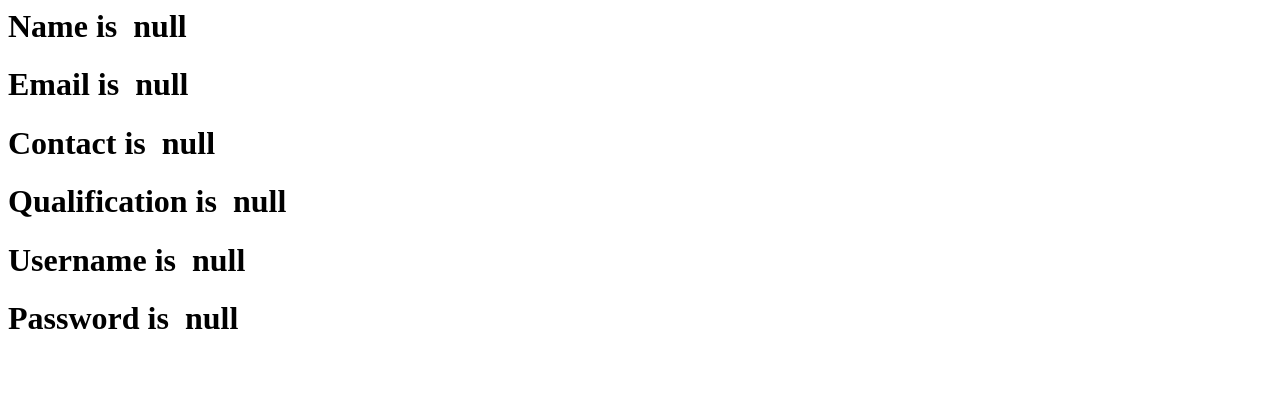
Repository: vaibhaokamble/MY_INSTITUTE_PUNE
Page: http://localhost/RegistrationApplication/reg
An editor plug-in stored every save of this project. The page is shown before and after the next save, followed by the edit.
The browser window is 1280 px wide. The pictures show the whole page.
The page is served by Tomcat 9.

Above is the page before, as saved 2022-10-18 04:56:35.

After the next save:
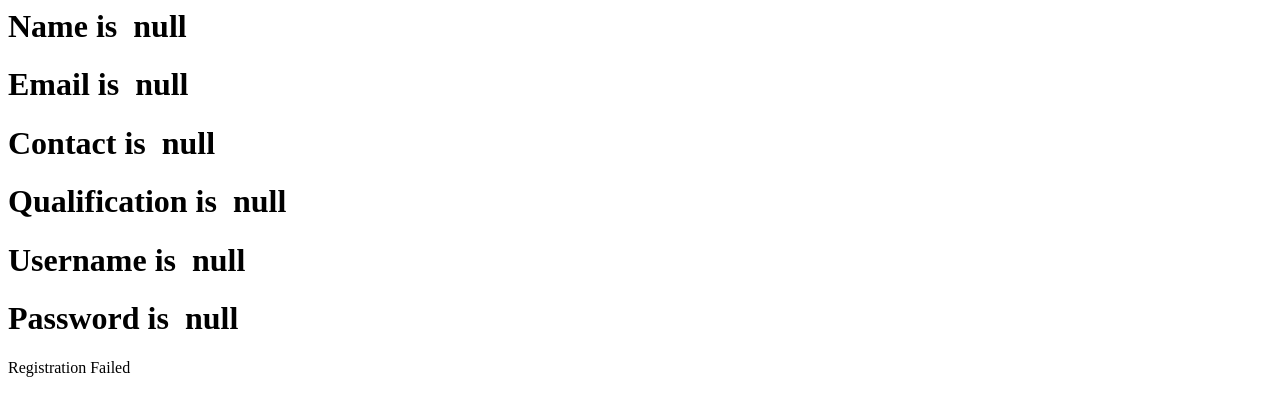
Saved 19 min 18 s later.
--- a/SERVLET/RegistrationApplication/src/main/java/vaibhao/RegServ.java
+++ b/SERVLET/RegistrationApplication/src/main/java/vaibhao/RegServ.java
@@ -8,6 +8,7 @@ import javax.servlet.annotation.WebServlet;
 import javax.servlet.http.HttpServlet;
 import javax.servlet.http.HttpServletRequest;
 import javax.servlet.http.HttpServletResponse;
+import java.sql.*;
 
 /**
  * Servlet implementation class RegServ
@@ -43,6 +44,36 @@ public class RegServ extends HttpServlet {
 	out.println("<h1> Username is &nbsp;"+username+"</h1>");
 	out.println("<h1> Password is &nbsp;"+password+"</h1>");
 
+	try
+	{
+		Class.forName("com.mysql.cj.jdbc.Driver");
+		Connection conn=DriverManager.getConnection("jdbc:mysql://localhost:3306/eclipse","vaibhaovk","vaibhao");
+		if(conn!=null)
+		{
+			PreparedStatement stmt=conn.prepareStatement("insert into registration values('0',?,?,?,?,?,?)");
+			stmt.setString(1, name);
+			stmt.setString(2,email);
+			stmt.setString(3, contact);
+			stmt.setString(4, qual);
+			stmt.setString(5, username);
+			stmt.setString(6, password);
+			int value=stmt.executeUpdate();
+			if(value>0)
+			{
+				out.println("Registration Succesfull");
+			}
+			else {
+				out.println("Registration Failed");
+			}
+			}
+		else {
+			out.println("Not Connected");
+		}
+	}
+	catch(Exception ex)
+	{
+		out.println("Error is" +ex);
+	}
 	}
 
 	/**
